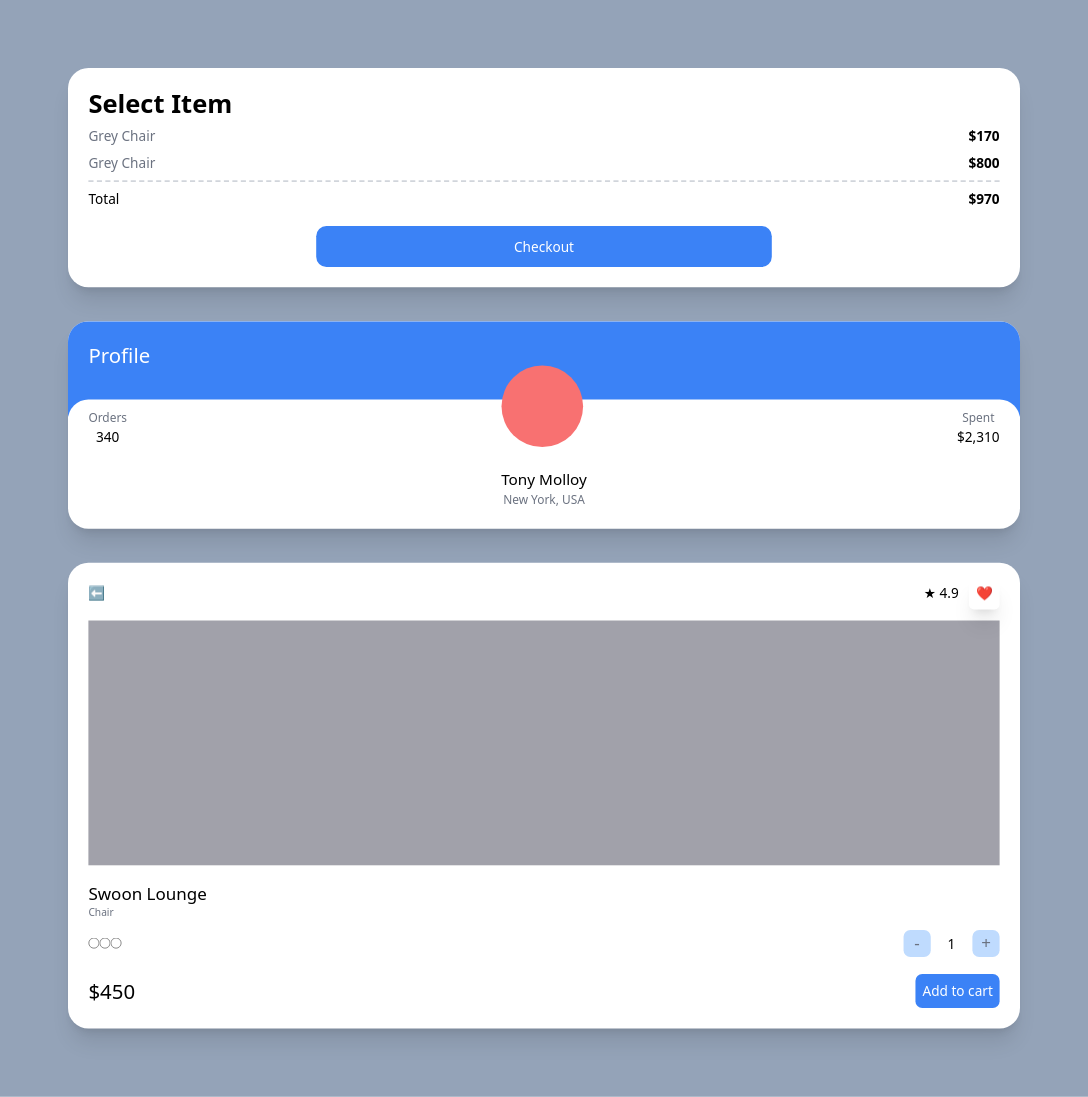
Repository: pjk0007/nextjs-carrot-marcket
Page: /
The author's editor kept a copy of each file at every save. The page is drawn from the files as they stood at one save, then again after a run of saves.
The browser window is 1280 px wide. The pictures show the whole page, at 85% of full size.
The project was rebuilt for these pictures with package versions that can differ from the ones it lists, and the page was loaded fresh each time. The framework's server and built-in components were replaced by stand-ins that run in the browser. Also part of the build but not shown: next.config.js.

Above is the page before, as saved 2022-04-30 13:32:36.

### pages/index.tsx
import type { NextPage } from 'next'
const Home: NextPage = () => {
  return (
    <div className='bg-slate-400 py-20 px-20 grid gap-10 min-h-screen'>
      <div className='bg-white p-6 rounded-3xl shadow-xl'>
        <span className='font-semibold text-3xl'>Select Item</span>
        <div className='flex justify-between my-2'>
          <span className='text-gray-500'>Grey Chair</span>
          <span className='font-semibold'>$170</span>
        </div>
        <div className='flex justify-between'>
          <span className='text-gray-500'>Grey Chair</span>
          <span className='font-semibold'>$800</span>
        </div>
        <div className='flex justify-between mt-2 pt-2 border-t-2 border-dashed border-gray-300'>
          <span>Total</span>
          <span className='font-semibold'>$970</span>
        </div>
        <div className='mt-5 bg-blue-500 text-white p-3 text-center rounded-xl w-1/2 mx-auto'>Checkout</div>
      </div>

      <div className='bg-white overflow-hidden rounded-3xl shadow-xl'>
        <div className='bg-blue-500 p-6 pb-14'>
          <span className='text-white text-2xl'>Profile</span>
        </div>
        <div className='rounded-3xl p-6 relative -top-5 bg-white'>
          <div className='flex relative -top-16 items-end justify-between'>
            <div className='flex flex-col items-center'>
              <span className='text-sm text-gray-500'>Orders</span>
              <span className='font-medium'>340</span>
            </div>
            <div className='h-24 w-24 bg-red-400 rounded-full'/>
            <div className='flex flex-col items-center'>
              <span className='text-sm text-gray-500'>Spent</span>
              <span className='font-medium'>$2,310</span>
            </div>
          </div>
          <div className='flex flex-col items-center -mt-10 -mb-5'>
            <span className='text-lg font-medium'>Tony Molloy</span>
            <span className='text-sm text-gray-500'>New York, USA</span>
          </div>
        </div>
      </div>

      <div className='bg-white p-6 rounded-3xl shadow-xl'>
        <div className='flex mb-5 justify-between items-center'>
          <span>⬅</span>
          <div className='space-x-3'>
            <span>★ 4.9</span>
            <span className='shadow-xl p-2 rounded-md'>❤️</span>
          </div>
        </div>
        <div className='bg-zinc-400 h-72 mb-5'/>
        <div className='flex flex-col'>
          <span className='font-medium text-xl'>Swoon Lounge</span>
          <span className='text-xs text-gray-500'>Chair</span>
          <div className='mt-3 mb-5 flex justify-between items-center'>
            <div>
              <input type="radio" />
              <input type="radio" />
              <input type="radio" />
            </div>
            <div className='flex items-center space-x-5'>
              <button className='rounded-lg bg-blue-200 justify-center items-center aspect-square w-8 text-xl text-gray-500'>-</button>
              <span>1</span>
              <button className='rounded-lg bg-blue-200 justify-center items-center aspect-square w-8 text-xl text-gray-500'>+</button>
            </div>
          </div>
          <div className='flex justify-between items-center'>
            <span className='font-medium text-2xl'>$450</span>
            <button className='bg-blue-500 text-center text-white rounded-lg p-2'>Add to cart</button>
          </div>
        </div>
      </div>
    </div>
  );
}

export default Home

### tailwind.config.js
module.exports = {
  content: [
    "./pages/**/*.{js,jsx,ts,tsx}",
    "./components/**/*.{js,jsx,ts,tsx}"
  ],
  theme: {
    extend: {},
  },
  plugins: [],
}

Loaded but not shown: pages/_app.tsx (common file); styles/globals.css (common file)

After the next 2 saves:
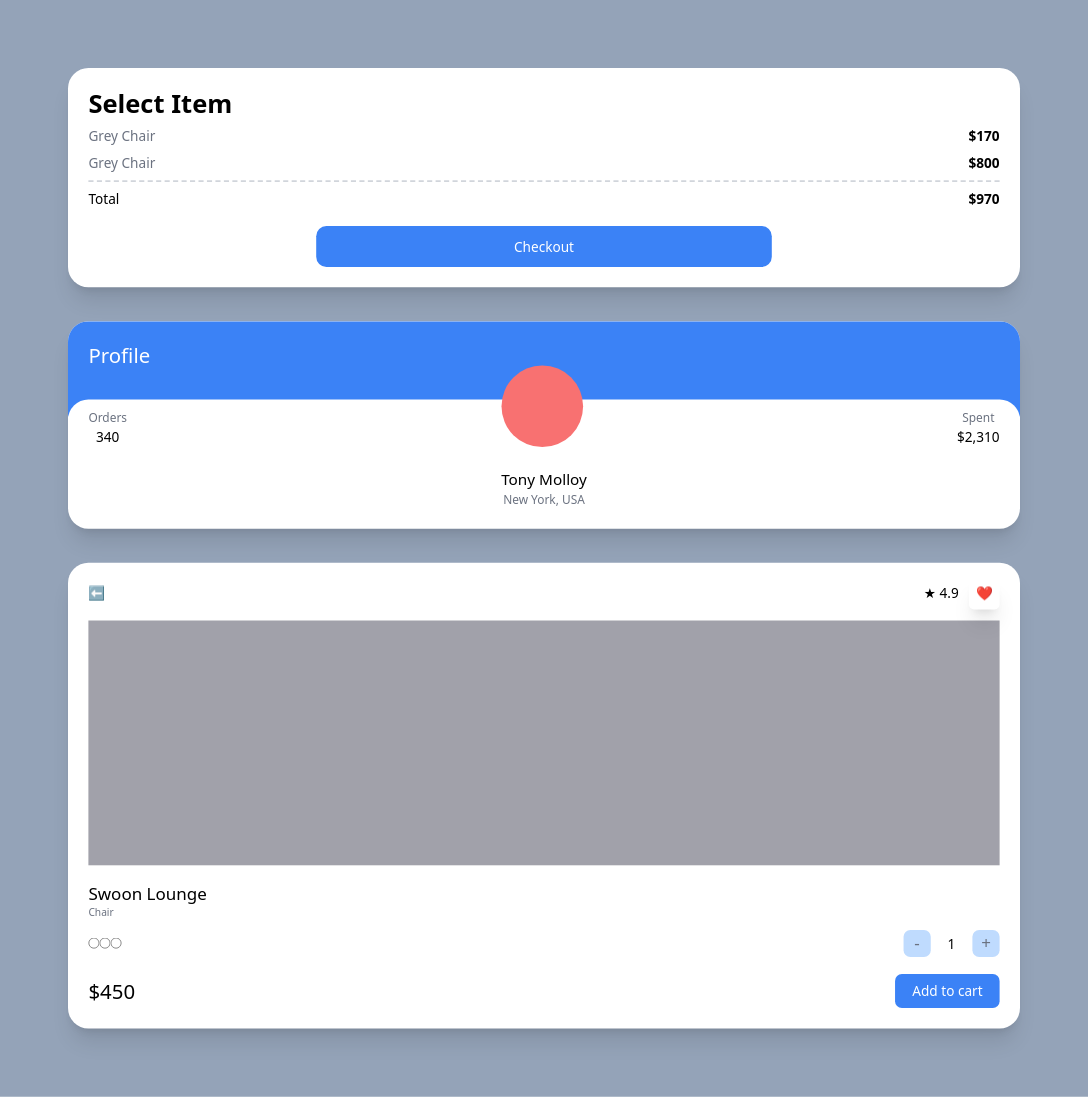
The 2 saves are shown as one change because they came seconds apart.
The last was saved 10 s later.
--- a/pages/index.tsx
+++ b/pages/index.tsx
@@ -68,7 +68,7 @@ const Home: NextPage = () => {
           </div>
           <div className='flex justify-between items-center'>
             <span className='font-medium text-2xl'>$450</span>
-            <button className='bg-blue-500 text-center text-white rounded-lg p-2'>Add to cart</button>
+            <button className='bg-blue-500 text-center text-white rounded-lg py-2 px-5'>Add to cart</button>
           </div>
         </div>
       </div>
